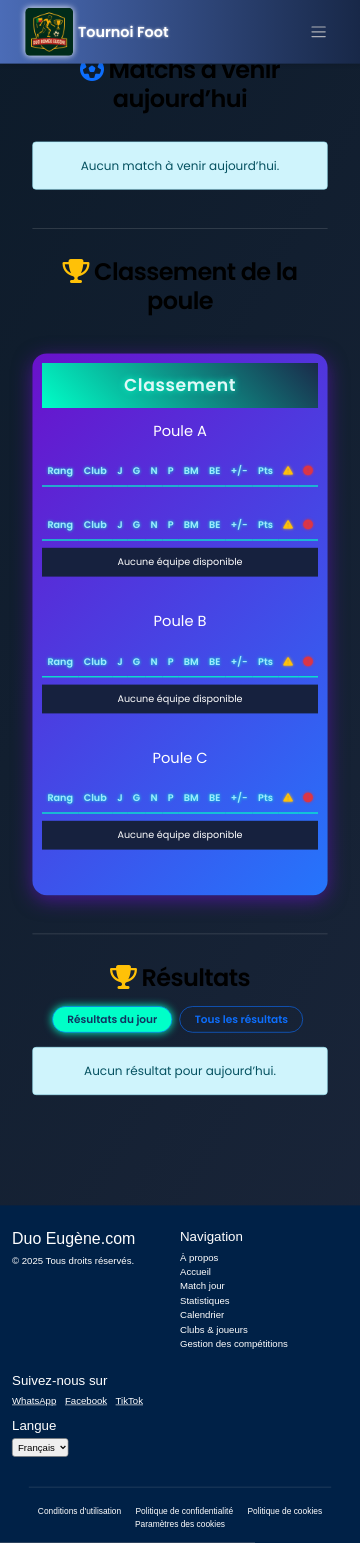
Repository: KILAYOSSI/tournoi_foot
Page: templates/pages/match_du_jour.html.twig
These files come from the project's save history. The page is drawn as it stood at one moment and after the next save; the edit follows.
The browser window is 600 px wide. The pictures show the whole page, at 60% of full size.
The page is a Twig template of a Symfony application; nobody is signed in and links lead nowhere. The template is opened directly, without the code that normally fills it, so the values that code supplies are empty.

Above is the page before, as saved 2025-06-27 04:45:51.

After the next save:
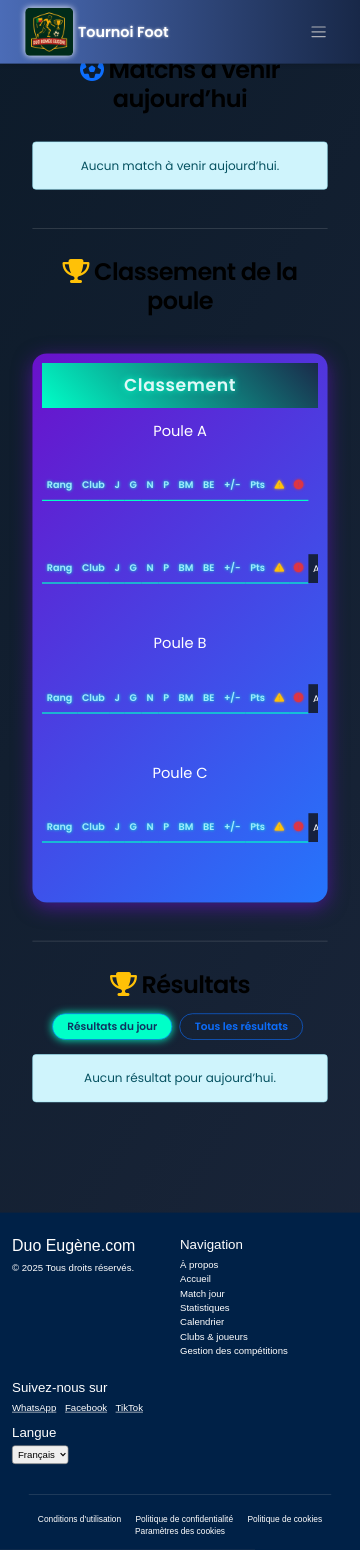
Saved 8 h 35 min later.
--- a/templates/pages/match_du_jour.html.twig
+++ b/templates/pages/match_du_jour.html.twig
@@ -105,6 +105,25 @@
             border-collapse: separate;
             border-spacing: 0 0.75rem;
             font-size: 1rem;
+            display: block;
+            overflow-x: auto;
+            -webkit-overflow-scrolling: touch;
+            white-space: nowrap;
+        }
+        table.classement-table thead, table.classement-table tbody, table.classement-table tr, table.classement-table th, table.classement-table td {
+            display: inline-block;
+            vertical-align: middle;
+        }
+        table.classement-table thead {
+            white-space: nowrap;
+        }
+        table.classement-table tbody tr {
+            display: inline-block;
+            white-space: nowrap;
+        }
+        table.classement-table tbody tr td {
+            display: inline-block;
+            white-space: nowrap;
         }
         table.classement-table thead th {
             color: #a0e9ff;
@@ -251,6 +270,40 @@
         }
         .fade-in-up {
             animation: fadeInUp 0.6s ease forwards;
+        }
+        @media (max-width: 767.98px) {
+            .match-card {
+                flex-direction: column !important;
+                padding: 1rem !important;
+            }
+            .team-logo {
+                width: 50px !important;
+                height: 50px !important;
+            }
+            .team-name {
+                font-size: 1.1rem !important;
+            }
+            .match-time {
+                font-size: 1.2rem !important;
+            }
+            .classement-card {
+                padding: 1rem !important;
+            }
+            table.classement-table {
+                display: block !important;
+                overflow-x: auto !important;
+                white-space: nowrap !important;
+            }
+            table.classement-table thead, table.classement-table tbody, table.classement-table tr, table.classement-table th, table.classement-table td {
+                display: table-cell !important;
+                white-space: nowrap !important;
+            }
+            table.classement-table tbody tr {
+                display: table-row !important;
+            }
+            table.classement-table tbody tr td {
+                display: table-cell !important;
+            }
         }
     </style>
 {% endblock %}
